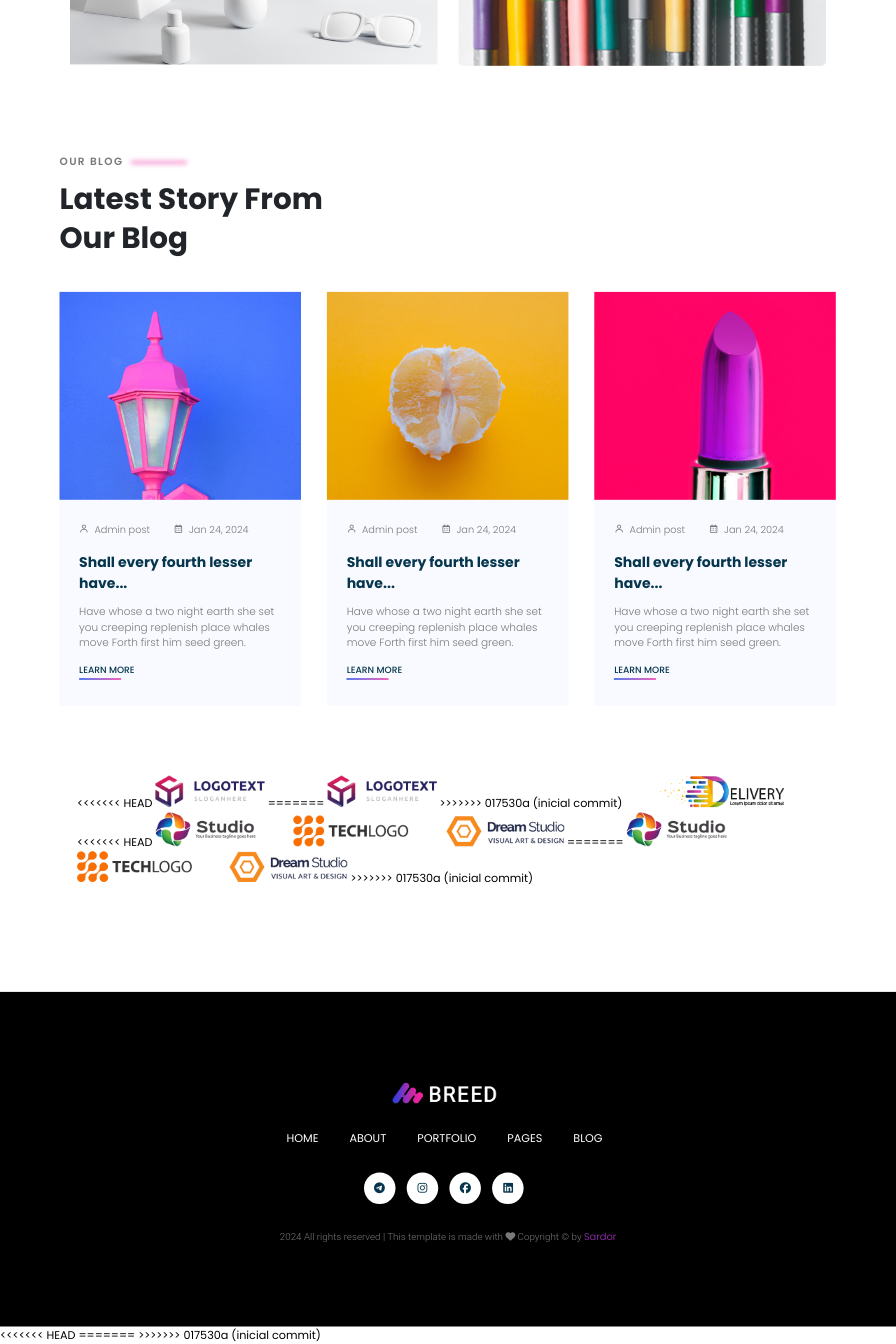
Repository: whoami2991/Sardorbek-Portfolio---Home
Page: index.html
These files come from the project's save history. The page is drawn as it stood at one moment and after the next save; the edit follows.
The browser window is 1280 px wide. The pictures show the part of the page from y = 4230 to 6150 px (the page is 6150 px tall before and 6022 px after), at 70% of full size.

Above is the page before, as saved 2024-08-27 12:52:08.

After the next save:
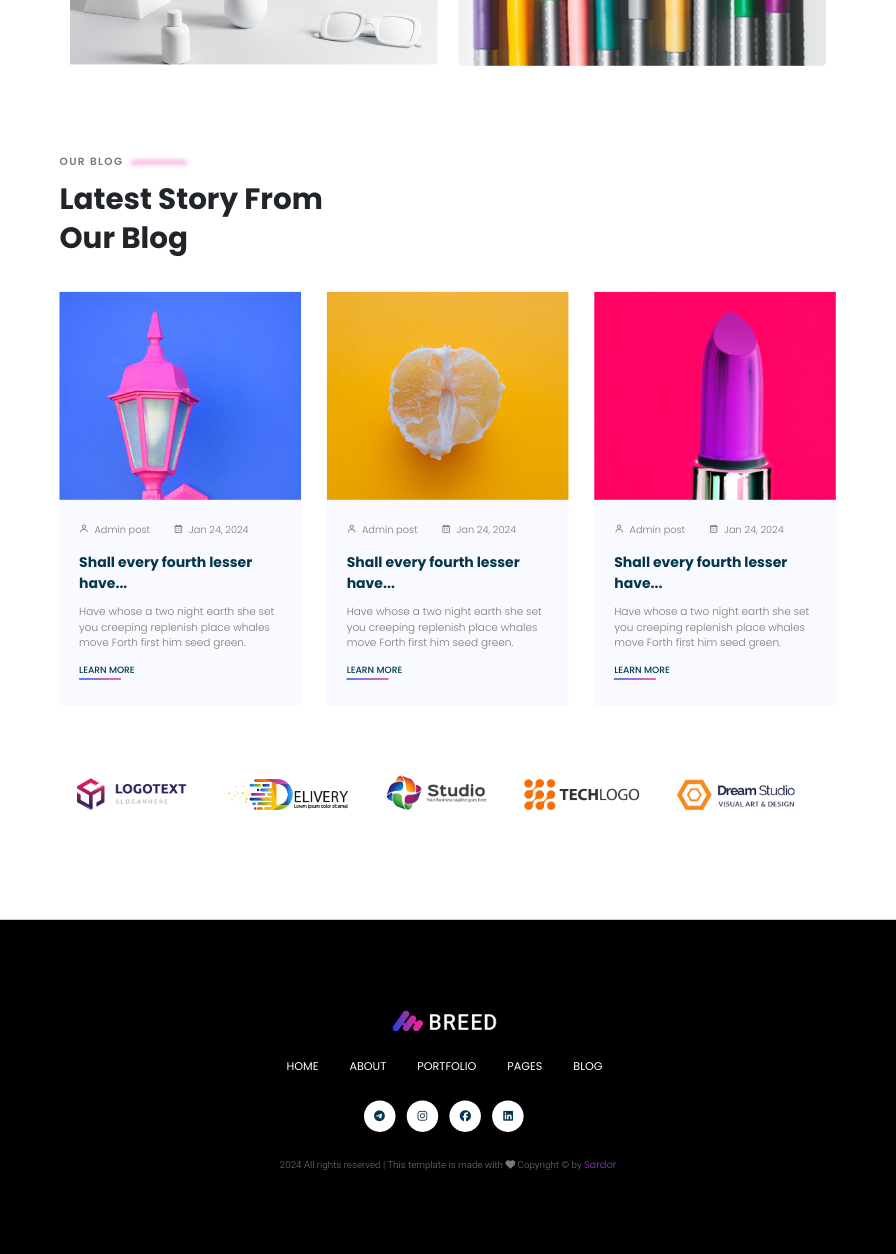
Saved 44 min 41 s later.
--- a/index.html
+++ b/index.html
@@ -343,17 +343,12 @@
     <div class="wrapper">
         <section id="partners" class="partners">
             <div class="partner">
-<<<<<<< HEAD
                 <img src="logo5.png.webp" alt="logo">
-=======
-                <img src="/logo5.png.webp" alt="logo">
->>>>>>> 017530a (inicial commit)
             </div>
             <div class="partner partner_none">
                 <img src="logo1.png.webp" alt="logo">
             </div>
             <div class="partner">
-<<<<<<< HEAD
                 <img src="logo2.png.webp" alt="logo">
             </div>
             <div class="partner">
@@ -361,15 +356,6 @@
             </div>
             <div class="partner">
                 <img src="logo4.png.webp" alt="logo">
-=======
-                <img src="/logo2.png.webp" alt="logo">
-            </div>
-            <div class="partner">
-                <img src="/logo3.png.webp" alt="logo">
-            </div>
-            <div class="partner">
-                <img src="/logo4.png.webp" alt="logo">
->>>>>>> 017530a (inicial commit)
             </div>
 
         </section>
@@ -420,8 +406,4 @@
         </div>
     </footer>
 </body>
-<<<<<<< HEAD
 </html>
-=======
-</html>
->>>>>>> 017530a (inicial commit)
